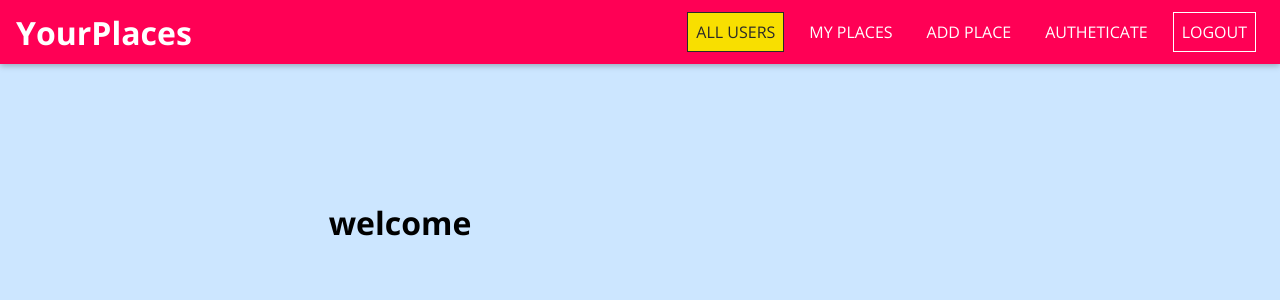
Repository: TanviSanyal/ImageEditingBootcamp
Page: /
An editor plug-in stored every save of this project. The page is shown before and after the next save, followed by the edit.
The browser window is 1280 px wide. The pictures show the whole page.
The project was rebuilt for these pictures with package versions that can differ from the ones it lists, and the page was loaded fresh each time. Also part of the build but not shown: src/shared/components/navigation/SideDrawer.css, src/shared/components/UIElements/Backdrop.css, src/shared/components/UIElements/Backdrop.js.

Above is the page before, as saved 2020-09-26 22:07:54.

After the next save:
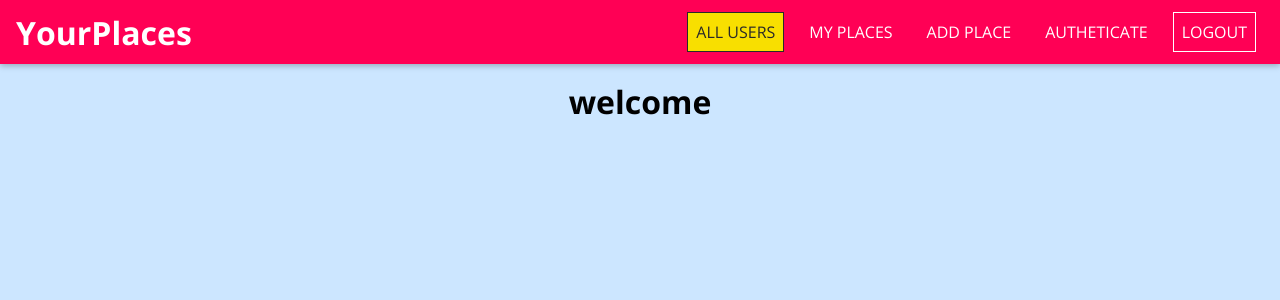
Saved 2 min 58 s later.
--- a/src/App.css
+++ b/src/App.css
@@ -1,11 +1,4 @@
 main {
-  margin-top: 100px;
-    padding: 100px;
-    width: 90%;
-    max-width: 50rem;
-    display: flex;
-    justify-content: center;
-    flex-wrap: wrap;
+  text-align: center;
+  align-items: center;
 }
-}
-}
